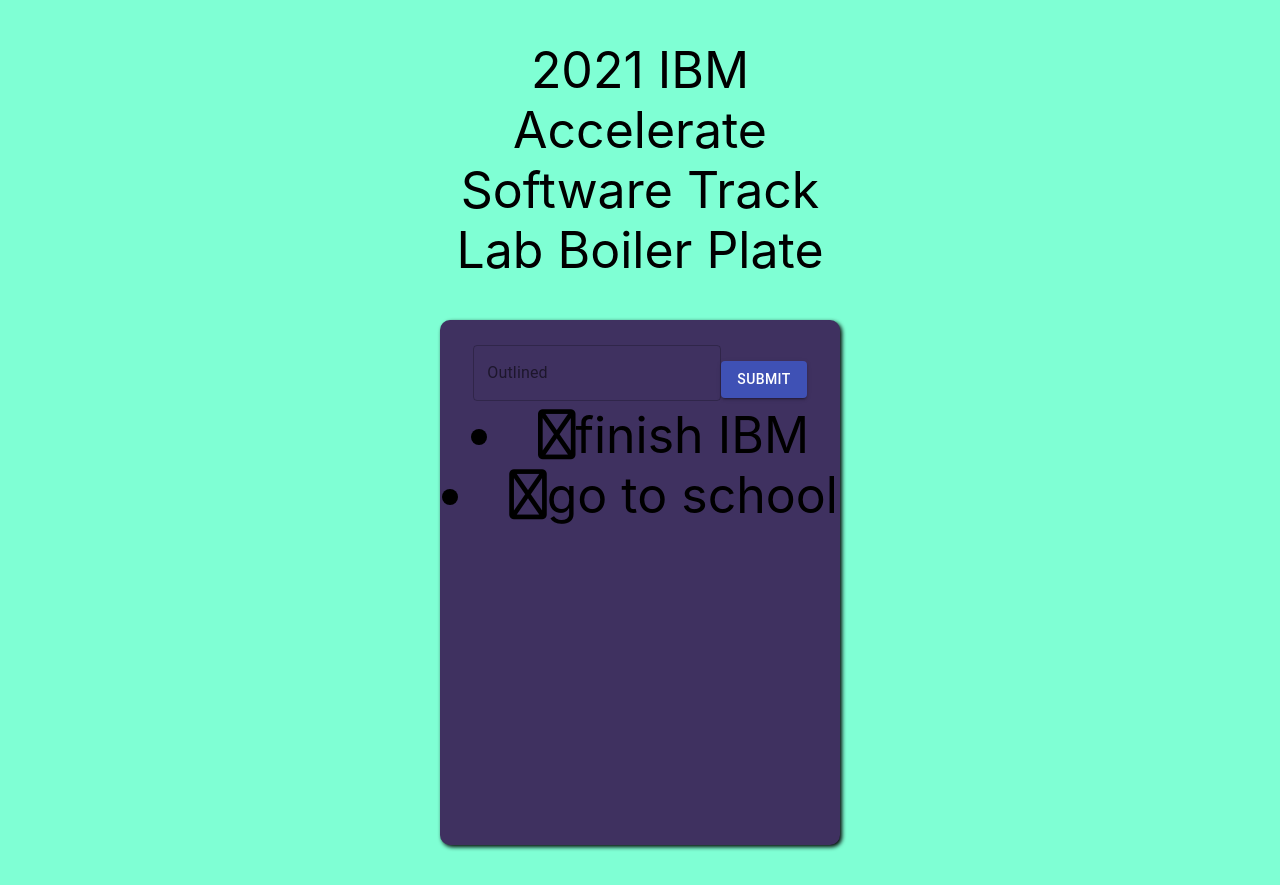
Repository: 2021-IBM-Accelerate-SW-Track/lab-1-team-34
Page: /
The author's editor kept a copy of each file at every save. The page is drawn from the files as they stood at one save, then again after the next save.
The browser window is 1280 px wide. The pictures show the whole page.
Some web libraries are served in a nearby version. The project was rebuilt for these pictures with package versions that can differ from the ones it lists, and the page was loaded fresh each time.

Above is the page before, as saved 2021-06-13 16:45:34.

After the next save:
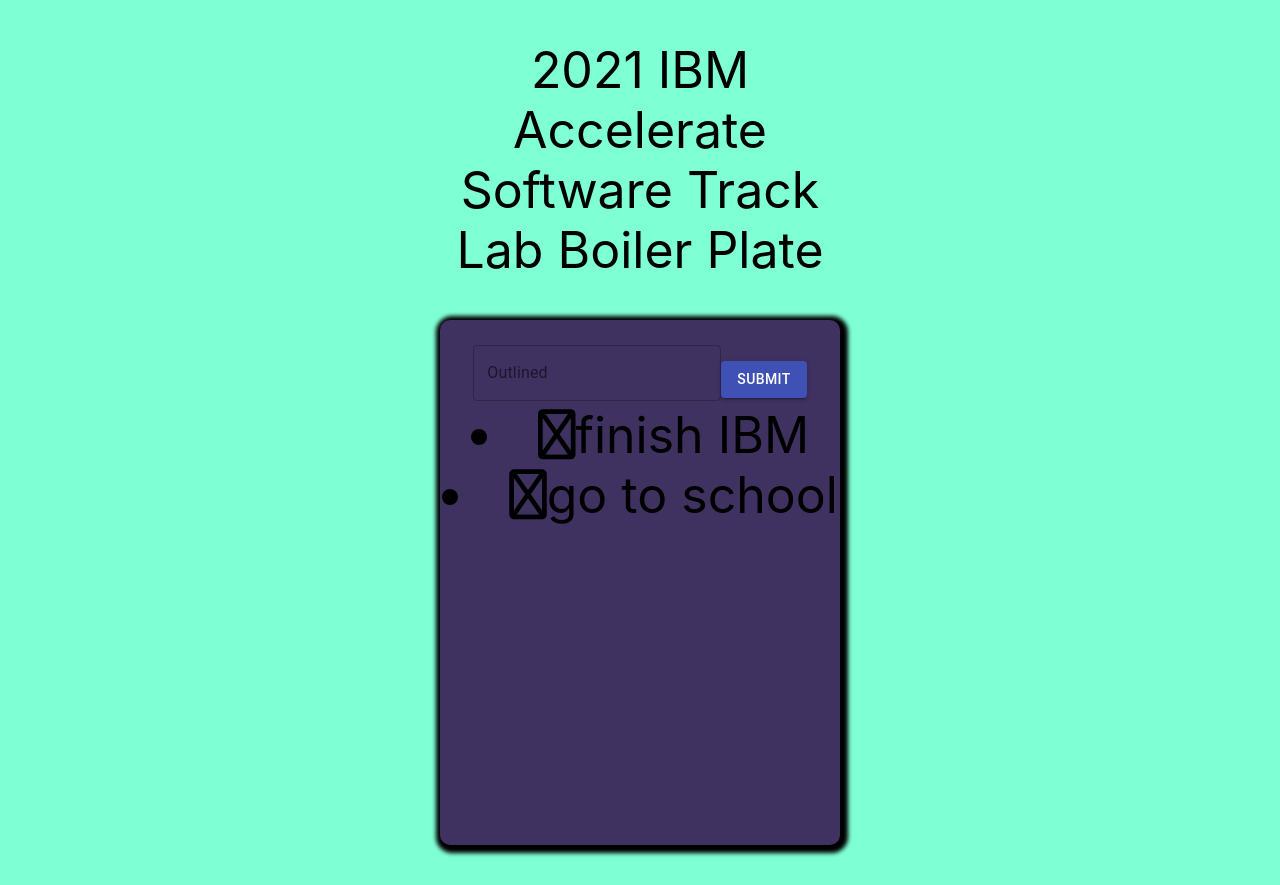
Saved 22 s later.
--- a/src/component/Input/input.css
+++ b/src/component/Input/input.css
@@ -5,14 +5,13 @@
   margin: 40px auto;
   padding-top: 25px;
   border-radius: 10px;
-  box-shadow: 2px 2px 4px #000000;
+  box-shadow: 2px 2px 4px 6px #000000;
 }
 .inputtext {
   background-color: #ffffff;
   border: 0;
   color: #fff;
   width: 200px;
-  box-shadow: 2px 2px 4px #000000;
 
   height: 50px;
   margin: 20px;
